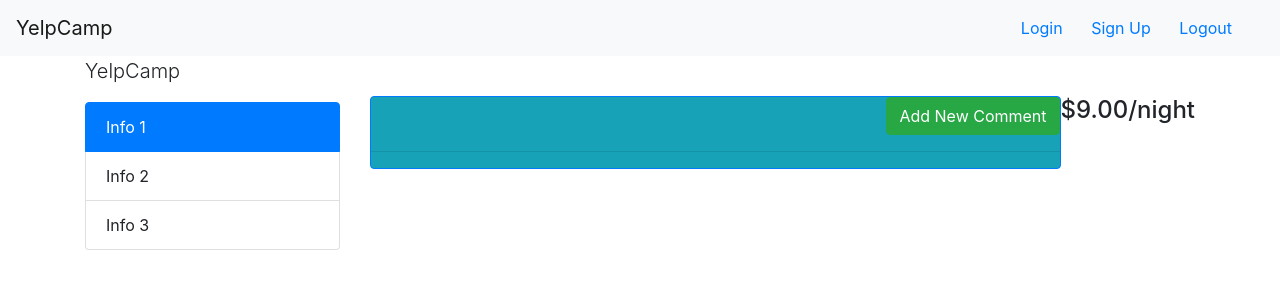
Repository: manojsatya/YelpCamp
Page: views/campgrounds/show.ejs
The author's editor kept a copy of each file at every save. The page is drawn from the files as they stood at one save, then again after the next save.
The browser window is 1280 px wide. The pictures show the whole page.
The page is served by the project's Node server (app.js). Other server files are loaded and not shown. The template is opened directly, without the code that normally fills it, so the values that code supplies are empty.

Above is the page before, as saved 2019-06-20 19:47:22.
Console error: TypeError: Cannot read properties of undefined (reading 'fn')

### views/campgrounds/show.ejs
<% include ../partials/header %>

<div class="container">
    <div class="row">
        <div class="col-md-3">
            <p class="lead">YelpCamp</p>
            <div class="list-group">
                <li class="list-group-item active">Info 1</li>
                <li class="list-group-item">Info 2</li>
                <li class="list-group-item">Info 3</li>
            </div>
        </div>
        <div class="col-md-9">
            <div class="thumbnail">
                <img class = "img-responsive" src="<%= campground.image %>" alt="">
                <div class="caption-full">
                    <h4 class="float-right">$9.00/night</h4>
                    <h4><a href=""><%= campground.name %></a></h4>
                    <p> <%= campground.description%> </p>
                </div>
            </div>
            <div class="card bg-info text-white border-primary mb-3">
                <div class="text-right">
                        <a class = "btn btn-success" href="/campgrounds/<%= campground._id %>/comments/new">Add New Comment</a>
                </div>
                <hr>
                <% campground.comments.forEach(function(comment){ %>
                    <div class="row">
                        <div class="col-md-12">
                            <strong><%= comment.author %></strong>
                            <span class="float-right">10 days ago</span>
                            <p>
                              <%= comment.text %>
                            </p>
                        </div>
                    </div>
                <% }) %>
            </div>
        </div>
    </div>
</div>






<% include ../partials/footer %>

### views/partials/header.ejs
<!DOCTYPE html>
<html lang="en">
<head>
    <meta charset="UTF-8">
    <meta name="viewport" content="width=device-width, initial-scale=1.0">
    <meta http-equiv="X-UA-Compatible" content="ie=edge">
    <title>YelpCamp</title>
    <link rel="stylesheet" href="https://stackpath.bootstrapcdn.com/bootstrap/4.3.1/css/bootstrap.min.css">
</head>
<body>
        <nav class="navbar navbar-light bg-light">
                <a class = "navbar-brand" href="/">YelpCamp</a>
                <div class="navbar-right mr-sm-2">
                    <a class = "mr-sm-4" href="">Login</a>
                    <a class = "mr-sm-4" href="">Sign Up</a>
                    <a class = "mr-sm-4" href="">Logout</a>
                </div>

            </nav>

        <script src="https://stackpath.bootstrapcdn.com/bootstrap/4.3.1/js/bootstrap.min.js"></script>

### app.js
var express     = require("express"),
    app         = express(),
    bodyParser  = require("body-parser"),
    mongoose    = require("mongoose"),
    Comment     = require("./models/comment"),
    Campground  = require("./models/campground"),
    seedDB      = require("./seeds")

//seedDB();
mongoose.connect("mongodb://localhost:27017/yelp_camp", {useNewUrlParser: true});
app.use(bodyParser.urlencoded({extended: true}));
app.set("view engine", "ejs");

// Schema setup


app.get("/", function(req, res){
    res.render("landing");
});

//INDEX ROUTE
app.get("/campgrounds", function(req, res){
    // get all campgrounds rom db
    Campground.find({}, function(err, allcampgrounds){
        if(err){
            console.log(err);
        } else {
            res.render("campgrounds/index",{campgrounds:allcampgrounds});
        }
    });
});

//FORM ROUTE
app.post("/campgrounds", function(req, res){
    //get data from form and add to campground array
    var name = req.body.name;
    var image = req.body.image;
    var desc = req.body.description;
    var newCampground = {name: name, image: image, description: desc};
    // create a new campground and save to db
    Campground.create(newCampground, function(err, newlyCreated){
        if(err){
            console.log(err);
        } else{
            //redirect back to campgrounds page
            res.redirect("/campgrounds");
        }
    });
});

//NEW ROUTE
app.get("/campgrounds/new", function(req, res){
    res.render("campgrounds/new");
});


//SHOW ROUTE
app.get("/campgrounds/:id", function(req, res){
    //find the campground with provided id
    Campground.findById(req.params.id).populate("comments").exec(function(err, foundCampground){
        if(err){
            console.log(err);
        } else{
            console.log(foundCampground);
            // render show template with that id
            res.render("campgrounds/show", {campground:foundCampground});
        }
    });
});

//========================
// COMMENTS ROUTES
//========================
app.get("/campgrounds/:id/comments/new", function(req, res){
    // find campground by id
    Campground.findById(req.params.id, function(err, campground){
        if(err){
            console.log(err);
        } else {
            res.render("comments/new", {campground: campground});
        }
    });
});

app.post("/campgrounds/:id/comments", function(req, res){
    //lookup campground by Id
    Campground.findById(req.params.id, function(err, campground){
        if(err){
            console.log(err);
            res.redirect("/campgrounds");
        } else {
            Comment.create(req.body.comment, function(err, comment){
               if(err){
                   console.log(err);
               } else {
                   campground.comments.push(comment);
                   campground.save();
                   res.redirect("/campgrounds/"+ campground._id);
               }
            });
        }
    });
    // create new comment
    // connect new comment to campground
    // redirect to campground showpage
});

app.listen(3000, function(){
    console.log("The YelpCamp Server has started");
});

Loaded but not shown: views/partials/footer.ejs (common file)

After the next save:
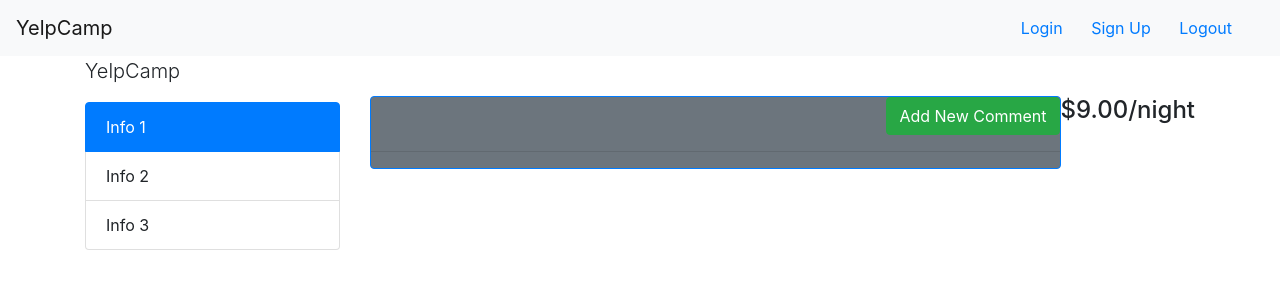
Saved 35 s later.
--- a/views/campgrounds/show.ejs
+++ b/views/campgrounds/show.ejs
@@ -19,7 +19,7 @@
                     <p> <%= campground.description%> </p>
                 </div>
             </div>
-            <div class="card bg-info text-white border-primary mb-3">
+            <div class="card bg-secondary text-white border-primary mb-3">
                 <div class="text-right">
                         <a class = "btn btn-success" href="/campgrounds/<%= campground._id %>/comments/new">Add New Comment</a>
                 </div>
